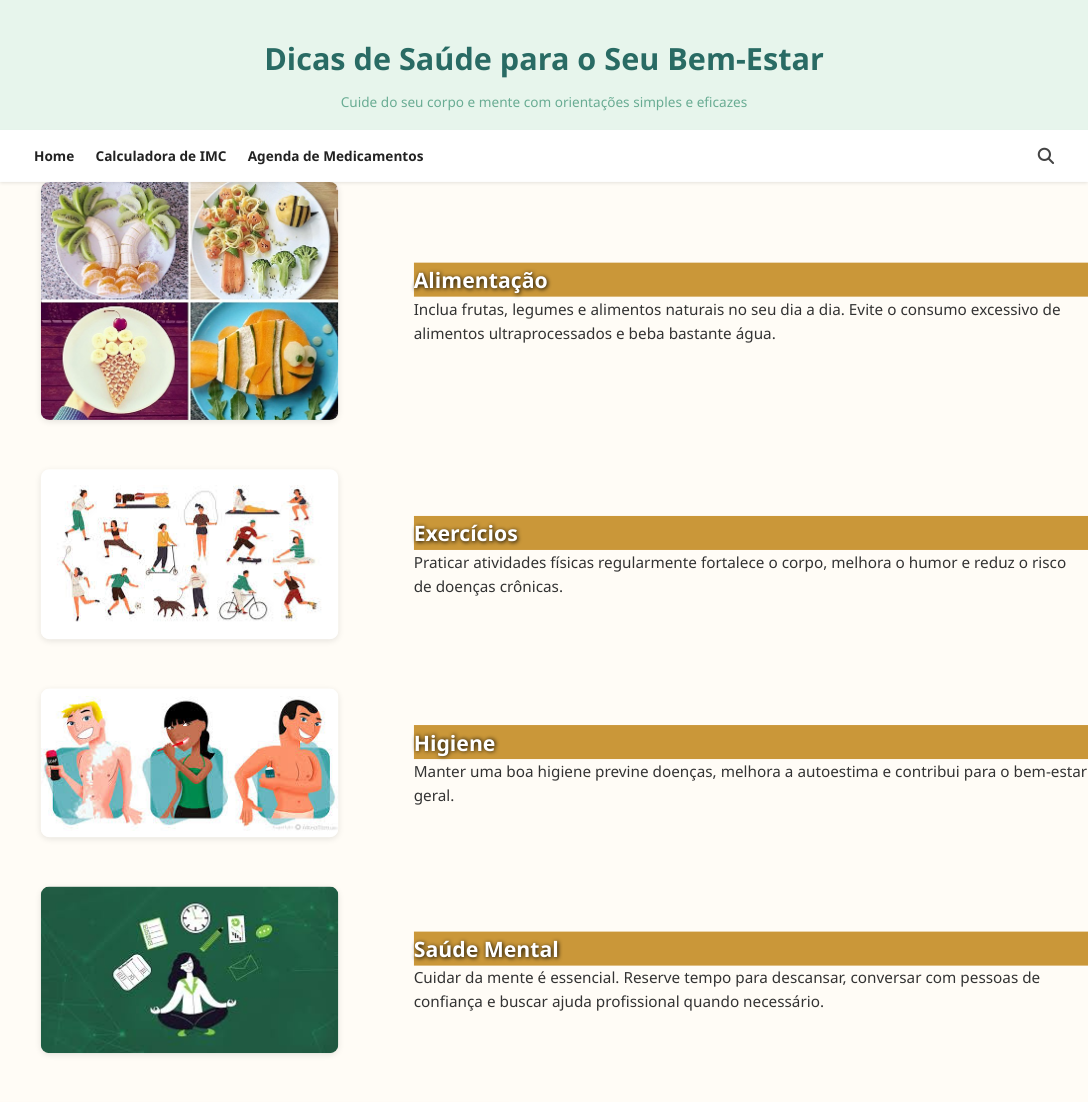
Repository: Cristiane-Sartori14/dicasSaude
Page: index.html
These files come from the project's save history. The page is drawn as it stood at one moment and after the next save; the edit follows.
The browser window is 1280 px wide. The pictures show the whole page, at 85% of full size.

Above is the page before, as saved 2025-05-21 10:44:06.

### index.html
<!DOCTYPE html>
<html lang="en">
  <head>
    <meta charset="UTF-8" />
    <meta name="viewport" content="width=device-width, initial-scale=1.0" />
    <title>Dicas de Saúde</title>
    <link rel="stylesheet" href="style.css" />
    <script src="script.js"></script>

    <link
      rel="stylesheet"
      href="https://cdnjs.cloudflare.com/ajax/libs/font-awesome/6.5.0/css/all.min.css"
    />
  </head>
  <body>
    <!-- Título principal da página -->
    <section class="main-title">
      <h1>Dicas de Saúde para o Seu Bem-Estar</h1>
      <p>Cuide do seu corpo e mente com orientações simples e eficazes</p>
    </section>

    <!--Cabeçalho-->
    <header class="header">
      <div class="nav-container">
        <nav>
          <ul class="nav-links">
            <li><a href="#">Home</a></li>
            <li><a href="#">Calculadora de IMC</a></li>
            <li><a href="#">Agenda de Medicamentos</a></li>
          </ul>
        </nav>
        <div class="header-icons">
          <div class="icon search-icon">
            <i class="fa-solid fa-magnifying-glass"></i>
          </div>
        </div>
      </div>
    </header>

    <!-- Alimentação -->
    <section class="section-saude">
      <div class="imagem">
        <img
          src="img/alimento.jpg"
          alt="Prato com alimentos saudáveis, frutas e vegetais coloridos"
        />
      </div>
      <div class="texto">
        <h2>Alimentação</h2>
        <p>
          Inclua frutas, legumes e alimentos naturais no seu dia a dia. Evite o
          consumo excessivo de alimentos ultraprocessados e beba bastante água.
        </p>
      </div>
    </section>

    <!-- Exercícios -->
    <section class="section-saude">
      <div class="imagem">
        <img src="img/exercicio.jpg" alt="Exercício Físico" />
      </div>
      <div class="texto">
        <h2>Exercícios</h2>
        <p>
          Praticar atividades físicas regularmente fortalece o corpo, melhora o
          humor e reduz o risco de doenças crônicas.
        </p>
      </div>
    </section>

    <!-- Higiene -->
    <section class="section-saude">
      <div class="imagem">
        <img src="img/higiene.jpg" alt="Higiene Pessoal" />
      </div>
      <div class="texto">
        <h2>Higiene</h2>
        <p>
          Manter uma boa higiene previne doenças, melhora a autoestima e
          contribui para o bem-estar geral.
        </p>
      </div>
    </section>

    <!-- Saúde Mental -->
    <section class="section-saude">
      <div class="imagem">
        <img src="img/saude-mental.jpg" alt="Saúde Mental" />
      </div>
      <div class="texto">
        <h2>Saúde Mental</h2>
        <p>
          Cuidar da mente é essencial. Reserve tempo para descansar, conversar
          com pessoas de confiança e buscar ajuda profissional quando
          necessário.
        </p>
      </div>
    </section>
  </body>
</html>

### style.css
* {
  box-sizing: border-box;
  margin: 0;
  padding: 0;
}

body {
  font-family: "Segoe UI", Tahoma, Verdana, sans-serif;
  background-color: #FFFCF6;
  color: #296B64;
  line-height: 1.6;
}

/*Título*/
.main-title {
  text-align: center;
  padding: 40px 20px 20px;
  background-color: #e7f5ec;
}

.main-title h1 {
  font-size: 36px;
  color: #296B64;
  margin-bottom: 10px;
}

.main-title p {
  color: #69AC93;
}

.texto h2 {
  font-size: 18px;
  color: #e01111;
}

/* Cabeçalho */
.header {
  background-color: #ffffff;
  box-shadow: 0 2px 4px rgba(0, 0, 0, 0.1);
  padding: 15px 30px;
  position: sticky;
  top: 0;
  z-index: 10;
}

.nav-container {
  max-width: 1200px;
  margin: 0 auto;
  display: flex;
  justify-content: space-between;
  align-items: center;
}

.nav-links {
  list-style: none;
  display: flex;
  gap: 25px;
}

.nav-links a {
  text-decoration: none;
  color: #222;
  font-weight: 600;
  transition: color 0.3s ease;
}

.nav-links a:hover,
.header-icons i:hover {
  color: #2b9348;
}

.header-icons {
  display: flex;
  align-items: center;
  gap: 15px;
}

.icon {
  font-size: 1.2rem;
  background: none;
  border: none;
  cursor: pointer;
  color: #444;
}

/* Conteúdo principal */
.health-container {
    max-width: 1200px;
    margin: 0 auto;
    padding: 40px 20px;
}

.section-saude {
  display: flex;
  align-items: center;
  justify-content: space-between;
  gap: 40px;
  margin-bottom: 50px;
  flex-wrap: wrap;
}

.imagem img {
  width: 100%;
  max-width: 350px;
  border-radius: 10px;
  box-shadow: 0 2px 8px rgba(0, 0, 0, 0.1);
}

.imagem {
  flex: 1 1 300px;
  text-align: center;
}

.texto {
  flex: 2 1 500px;
}

.texto h2 {
    font-size: 25px;
    color: #fff;
    background-color: rgb(202, 151, 57);
    text-shadow: 1px 1px 5px rgba(0, 0, 0);
}

.texto p {
  font-size: 18px;
  color: #333;
  line-height: 1.6;
}

.health-details {
  flex: 2 1 500px;
}

.health-title {
  color: #2b9348;
  font-size: 32px;
  margin-bottom: 20px;
}

.tip {
  margin-bottom: 20px;
}

.tip h3 {
  font-size: 20px;
  color: #1a5d1a;
}

.tip p {
  margin-top: 5px;
}

/* Responsivo */
@media (max-width: 768px) {
  .health-container {
    flex-direction: column;
    align-items: center;
  }

  .nav-links {
    flex-direction: column;
    align-items: center;
    gap: 10px;
  }

  .nav-container {
    flex-direction: column;
    gap: 10px;
  }
}

Loaded but not shown: script.js (no stored copy; drawn as an empty file)

After the next save:
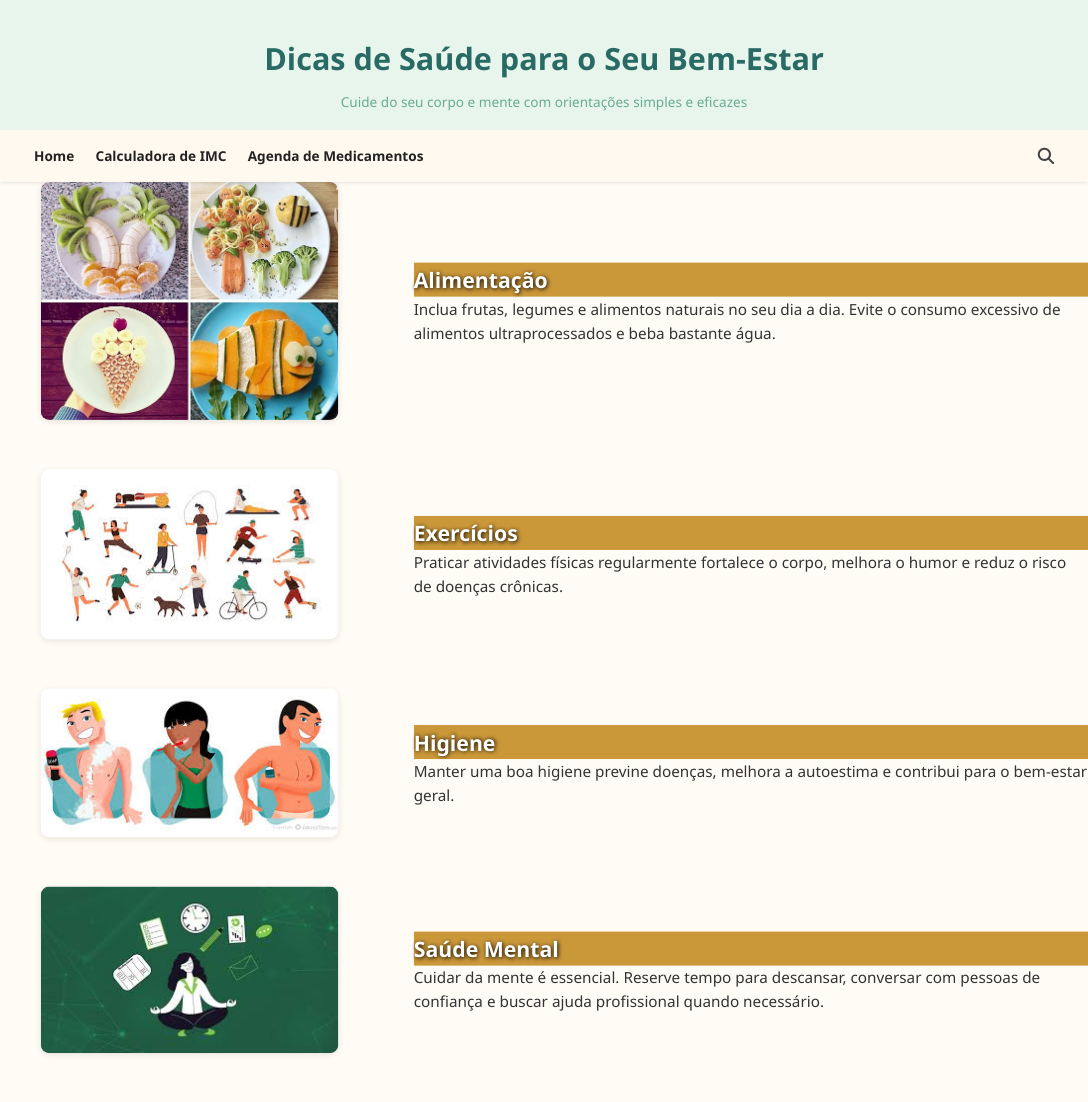
Saved 37 s later.
--- a/style.css
+++ b/style.css
@@ -35,7 +35,7 @@ body {
 
 /* Cabeçalho */
 .header {
-  background-color: #ffffff;
+  background-color: #FFF9F0;
   box-shadow: 0 2px 4px rgba(0, 0, 0, 0.1);
   padding: 15px 30px;
   position: sticky;
